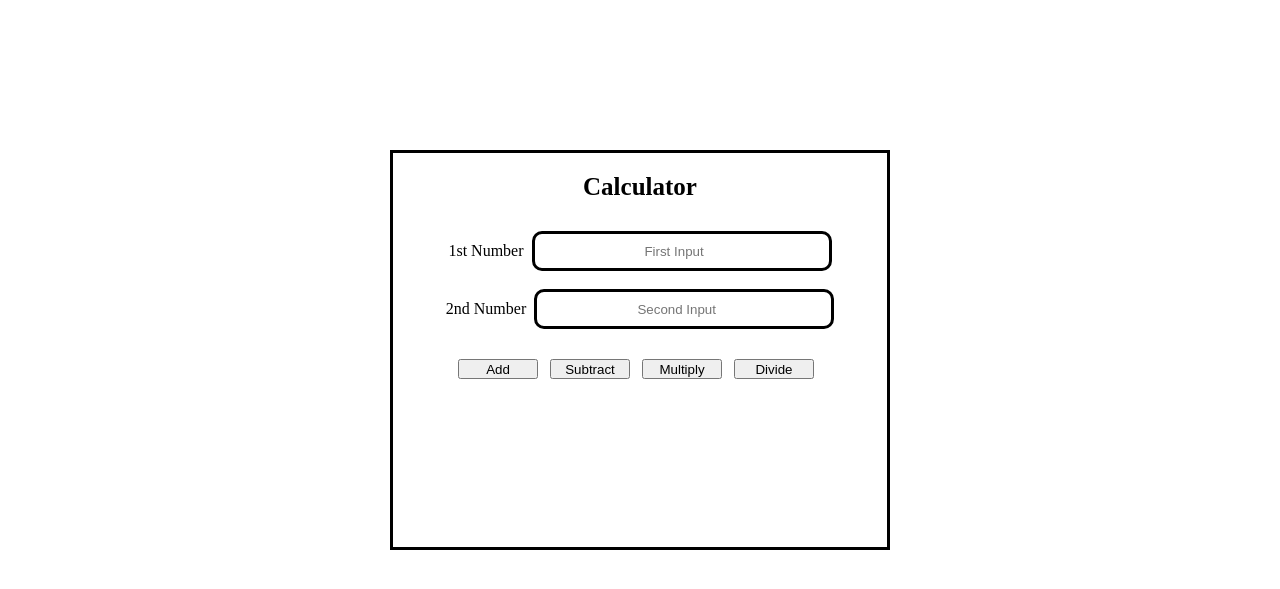
Repository: Shreyash1107/Intern_Projects
Page: Calculator/src/main/webapp/Calculator.html
An editor plug-in stored every save of this project. The page is shown before and after a run of saves, followed by the edit.
The browser window is 1280 px wide. The pictures show the whole page.

Above is the page before, as saved 2024-07-03 10:40:02.

### Calculator/src/main/webapp/Calculator.html
<!DOCTYPE html>
<html>
<head>
<meta charset="ISO-8859-1">
<title>Calculator</title>
<link rel="stylesheet" href="style.css"/>
</head>
<body>
		<center>
			<form>
				<div class="wrapper">
			<h4>Calculator</h4>
			<div class="container">
					<tr>
					<td>1st Number</td>&nbsp;
						<td><input type="number" name="First" value="" placeholder="First Input"</td>
					</tr>
					<br><br>
					<tr>
						<td>2nd Number</td>&nbsp;
						<td><input type="number" name="Second" value="" placeholder="Second Input"</td>
					</tr>
					<div class="Result">
					<input type="submit" name="a" value="Add" autocomplete="off">&nbsp;&nbsp;
					<input type="submit" name="b" value="Subtract" autocomplete="off">&nbsp;&nbsp;
					<input type="submit" name="c" value="Multiply" autocomplete="off">&nbsp;&nbsp;
					<input type="submit" name="d" value="Divide" autocomplete="off">&nbsp;&nbsp;
					</div>
			</div>
		</div>
			</form>
		</center>
</body>
</html>

### Calculator/src/main/webapp/style.css
@charset "ISO-8859-1";
*
{
	padding: 0;
	margin:0;
	box-sizing: border-box;
}
.wrapper
{
	width: 500px;
	height:400px;
	border: 3px solid black;
	margin:150px auto;
}
.wrapper h4
{
	padding-top: 20px;
	font-size: 25px;
}
.container
{
	padding-top: 30px;
}
.Result
{
	padding-top: 30px;
}
input[type="number"]
{
	width: 300px;
	height:40px;
	border: 3px solid black;
	border-radius: 10px;
}
input[type="number"]::placeholder
{
	text-align: center;
}
input[type="submit"]
{
	width: 80px;
	height: 20px;
}

After the next 2 saves:
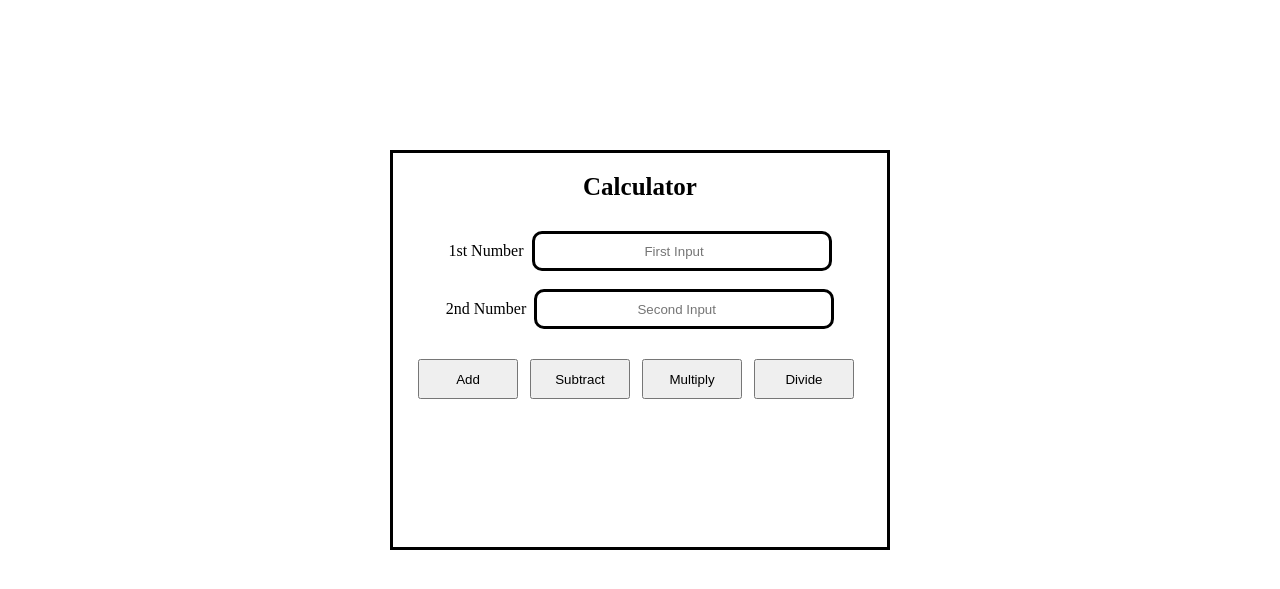
The 2 saves are shown as one change because they came seconds apart.
The last was saved 11 s later.
--- a/Calculator/src/main/webapp/style.css
+++ b/Calculator/src/main/webapp/style.css
@@ -38,6 +38,6 @@ input[type="number"]::placeholder
 }
 input[type="submit"]
 {
-	width: 80px;
-	height: 20px;
+	width: 100px;
+	height: 40px;
 }
